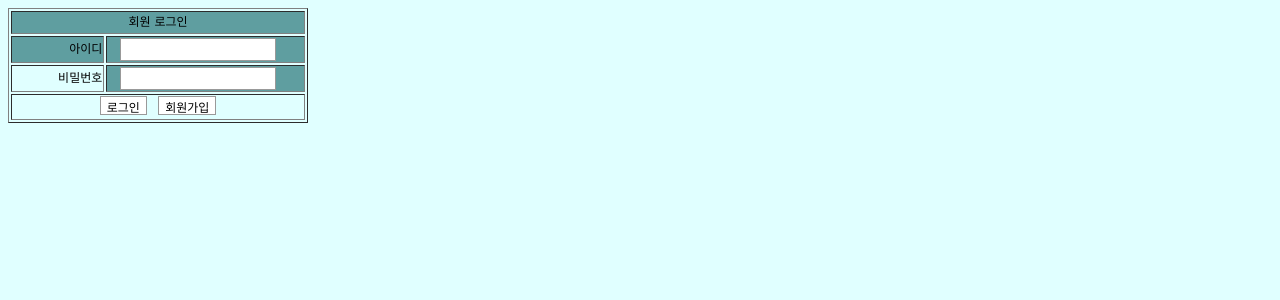
Repository: fatesky25/JSPprogram
Page: http://localhost/ServletProject/cookie/cookieMemberLogin.jsp
These files come from the project's save history. The page is drawn as it stood at one moment and after the next save; the edit follows.
The browser window is 1280 px wide. The pictures show the whole page.
The page is served by Tomcat 9. Nobody is signed in. The application's start-up code is not run. Other server files are loaded and not shown.

Above is the page before, as saved 2023-02-13 03:17:53.

### ServletProject/src/main/webapp/cookie/cookieMemberLogin.jsp
<%@ page language="java" contentType="text/html; charset=UTF-8"
    pageEncoding="UTF-8"%>
<%@ include file="color.jsp" %>

<!DOCTYPE html>
<html>
<head>
<meta charset="UTF-8">
<title>쿠키를 사용한 회원 인증</title>
<link href="style.css" rel="stylesheet" type="text/css">
</head>
<body bgcolor="<%=bodyback_c%>">
<form action="cookieMemberLoginOK.jsp" method="post">

<table width="300" border="1">
     <tr>
         <td colspan="2" align="center" bgcolor="<%=title_c%>">회원 로그인</td>
     </tr>

     <tr>
        <td align="right" width="100" bgcolor="<%=title_c%>">아이디</td>
        <td width="200" bgcolor="<%=title_c%>">&nbsp;&nbsp;
        <input type="text" name="id" size="20"></td>
     </tr>

     <tr>
        <td align="right" width="100">비밀번호</td>
        <td width="200" bgcolor="<%=title_c%>">&nbsp;&nbsp;
        <input type="password" name="pass" size="20"></td>
     </tr>

     <tr>
           <td colspan="2" align="center">
                <input type="submit" value="로그인">&nbsp;&nbsp;
                <input type="button" value="회원가입"
                onclick="javascript:window.location='regForm.jsp'">
           </td>
     </tr>

</form>

</body>
</html>

### ServletProject/src/main/webapp/cookie/color.jsp
<%@ page language="java" contentType="text/html; charset=UTF-8"
    pageEncoding="UTF-8"%>
<%
    String bodyback_c="#e0ffff";
    String back_c="#8fbc8f";
    String title_c="#5f9ea0";
    String value_c="#b0e0e6";
    String bar="#778899";
%>

### ServletProject/src/main/webapp/cookie/style.css
BODY {
	FONT-SIZE: 9pt; COLOR: black; LINE-HEIGHT: 160%; FONT-FAMILY: 궁서체,verdana,tahoma
}
TD {
	FONT-SIZE: 9pt; COLOR: black; LINE-HEIGHT: 160%; FONT-FAMILY: 궁서체,verdana,tahoma
}
SELECT {
	FONT-SIZE: 9pt; COLOR: black; LINE-HEIGHT: 160%; FONT-FAMILY: 궁서체,verdana,tahoma
}
DIV {
	FONT-SIZE: 9pt; COLOR: black; LINE-HEIGHT: 160%; FONT-FAMILY: 궁서체,verdana,tahoma
}
FORM {
	FONT-SIZE: 9pt; COLOR: black; LINE-HEIGHT: 160%; FONT-FAMILY: 궁서체,verdana,tahoma
}
TEXTAREA {
	BORDER-RIGHT: 1px solid #999999; BORDER-TOP: 1px solid #999999; FONT-SIZE: 9pt; BORDER-LEFT: 1px solid #999999 ; COLOR: BLACK; BORDER-BOTTOM: 1px solid #999999; FONT-FAMILY: 궁서체,verdana; BACKGROUND-COLOR: white
}
INPUT {
	BORDER-RIGHT: 1px solid #999999; BORDER-TOP: 1px solid #999999; FONT-SIZE: 9pt; BORDER-LEFT: 1px solid #999999; COLOR: BLACK; BORDER-BOTTOM: 1px solid #999999; FONT-FAMILY: 궁서체,verdana; HEIGHT: 19px; BACKGROUND-COLOR: white
}

A:link {text-decoration:none;color:#696969}
A:hover{text-decoration:yes;color:#66CCFF}
A:visited {text-decoration:none;color:#330066}

After the next save:
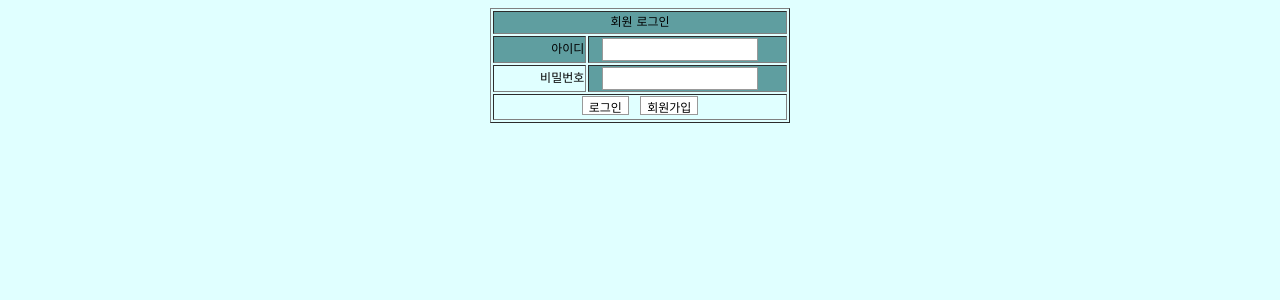
Saved 2 min 51 s later.
--- a/ServletProject/src/main/webapp/cookie/cookieMemberLogin.jsp
+++ b/ServletProject/src/main/webapp/cookie/cookieMemberLogin.jsp
@@ -12,7 +12,7 @@
 <body bgcolor="<%=bodyback_c%>">
 <form action="cookieMemberLoginOK.jsp" method="post">
 
-<table width="300" border="1">
+<table width="300" border="1" align="center">
      <tr>
          <td colspan="2" align="center" bgcolor="<%=title_c%>">회원 로그인</td>
      </tr>
